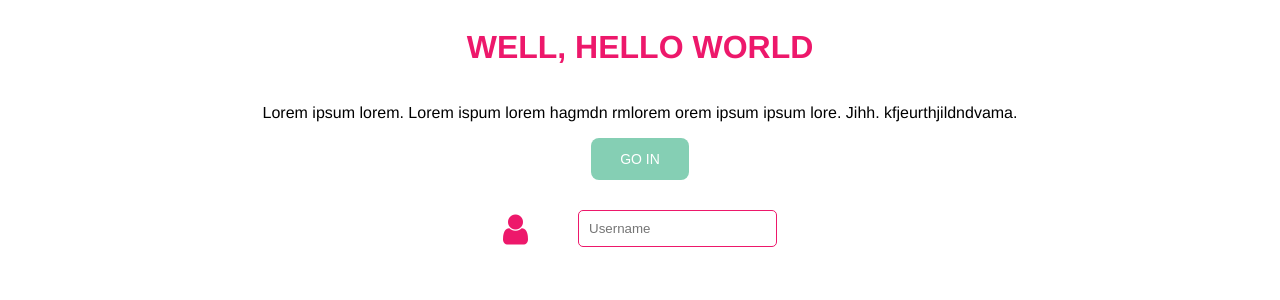
Repository: dianabit/react-app
Page: /, after clicking the first element matching `button.sc-bRKDuR`
The author's editor kept a copy of each file at every save. The page is drawn from the files as they stood at one save, then again after the next save.
The browser window is 1280 px wide. The pictures show the whole page.
Some web libraries are served in a nearby version. The project was rebuilt for these pictures with package versions that can differ from the ones it lists, and the page was loaded fresh each time. Also part of the build but not shown: webpack.config.js.

Above is the page before, as saved 2018-12-01 14:10:31.

### src/index.html
<!DOCTYPE html>
<html>
    <head>
        <meta charset="UTF-8">
        <meta name="viewport" content="width=device-width, initial-scale=1.0">
        <meta http-equiv="X-UA-Compatible" content="ie=edge">
        <link href="https://maxcdn.bootstrapcdn.com/font-awesome/4.2.0/css/font-awesome.min.css" rel="stylesheet" media="screen" />
        <title>Have a Book!</title>
    </head>
    <body>
        <div id="app"></div>
        <script src="./bundle.js"></script>
    </body>
</html>

### src/index.js
import React from 'react';
import ReactDOM from "react-dom";

import App from './containers/App/index';

ReactDOM.hydrate(<App />, document.getElementById('app'));

### src/containers/App/index.js
import React from 'react';
import Site from '../Site/index';


class App extends React.Component {
  render() {
    return <Site />;
  }
}

export default App;

### src/containers/Site/index.js
import React from 'react';
import styled from 'styled-components';
import Auth from '../Auth/index';

const MainContainer = styled.div`
    font-family: Helvetica;
`;

export class Site extends React.PureComponent {
    constructor(props) {
        super(props);
    }

  render() {

    return (
        <MainContainer>
            <Auth />
        </MainContainer>
        )
    }
}

export default Site;

### src/containers/Auth/index.js
import React from 'react';
import styled from 'styled-components';
import Button from '../../components/Button';
import Heading from '../../components/Heading';
import Paragraph from '../../components/Paragraph';
import FormInput from '../../components/Form/FormInput';

const Container = styled.div`
    display: flex;
    flex-direction: column;
    align-items: center;
    justify-content: center;
`;

class Auth extends React.Component {
    constructor(props) {
        super(props);

        this.state={
            isFormOpen: false
        }

        this.enterApp = this.enterApp.bind(this);
    }

    enterApp() {
        this.setState({isFormOpen: true});
    }

    render() {
    const { isFormOpen } = this.state;
    return(
        <Container>
            <Heading
                text="WELL, HELLO WORLD"
                fontStyle="bold"
                isLarge
            />
            <Paragraph
                text="Lorem ipsum lorem. Lorem ispum lorem hagmdn rmlorem orem ipsum ipsum lore. Jihh. kfjeurthjildndvama."
            />
            <Button
                type="submit"
                onClick={this.enterApp}
                text="GO IN"
                />
                {isFormOpen && (
                    <FormInput />
                )}
        </Container>
    )
}
}

export default Auth;

### src/components/Button/index.js
import React from 'react';
import styled from 'styled-components';

const Element = styled.button`
    background-color: ${props => props.bgColor || '#85CFB4'};
    width: 7em;
    height: 3em;
    border: none;
    border-radius: 8px;
    color: #fff;
    font-size: 14px;
    font-style: bold;

    :focus {
        outline: none;
    }

    :hover {
        background-color: #a3e6cd;
        cursor: pointer;
    }
`

function Button(props) {
    const { type, onClick, text, bgColor } = props;
    return (
        <Element
            type={type}
            onClick={onClick}
            bgColor={bgColor}
        >
            {text}
        </Element>
    )
}

export default Button;

### src/components/Heading/index.js
import React from 'react';
import styled from 'styled-components';

const LargeHeading = styled.h1`
    color: ${props => props.color || '#ED186B'};
    font-style: ${props => props.fontStyle || 'normal'};
`
const RegularHeading = styled.h3`
    color: ${props => props.color || '#ED186B'};
    font-style: ${props => props.fontStyle || 'normal'};
`
const SmallHeading = styled.h5`
    color: ${props => props.color || '#FFB312'};
    font-style: ${props => props.fontStyle || 'normal'};
`

function Heading(props) {
    const { text, isLarge, isRegular, isSmall, color, fontStyle } = props;
    return (
        <div>
            {isLarge && (
                <LargeHeading
                    color={color}
                    fontStyle={fontStyle}
                >
                    {text}
                </LargeHeading>
            )}
            {isRegular && (
                <RegularHeading
                    color={color}
                    fontStyle={fontStyle}
                >
                    {text}
                </RegularHeading>
            )}
            {isSmall && (
                <SmallHeading
                color={color}
                fontStyle={fontStyle}
                >
                    {text}
                </SmallHeading>
            )}
        </div>
    )
}

export default Heading;

### src/components/Paragraph/index.js
import React from 'react';
import styled from 'styled-components';

const Element = styled.p`
    color: ${props => props.color || '#000'};
    font-style: ${props => props.fontStyle || 'normal'};
    font-size: ${props => props.isSmall ? '12px' : '16px'};
`

function Paragraph(props) {
    const { fontStyle, color, isSmall, text } = props;
    return (
        <Element
            fontStyle={fontStyle}
            color={color}
            isSmall={isSmall}
        >
            {text}
        </Element>
    )
}

export default Paragraph;

### src/components/Form/FormInput.js
import React from 'react';
import styled from 'styled-components';
import Paragraph from '../Paragraph';

const FieldWrapper = styled.div`
  position: relative;
  display: flex;
  display: flex;
  align-items: flex-end;
  font-size: 35px;
  color: #ed186b;
`;

const Field = styled.div`
  display: flex;
  flex-direction: column;
  margin-left: 50px;
  margin-top: 30px;
`;

const Input = styled.input`
  border: 1px solid #ed186b;
  padding: 10px;
  border-radius: 5px;
`;

function FormInput(props) {
  const {onChange, onBlur} = props;
  return (
    <FieldWrapper>
      <i class="fa fa-user"/>
      <Field>
        <Input
          name="Username"
          onChange={onChange}
          onBlur={onBlur}
          placeholder="Username"
        />
      </Field>
    </FieldWrapper>
  );
}

export default FormInput;

After the next save:
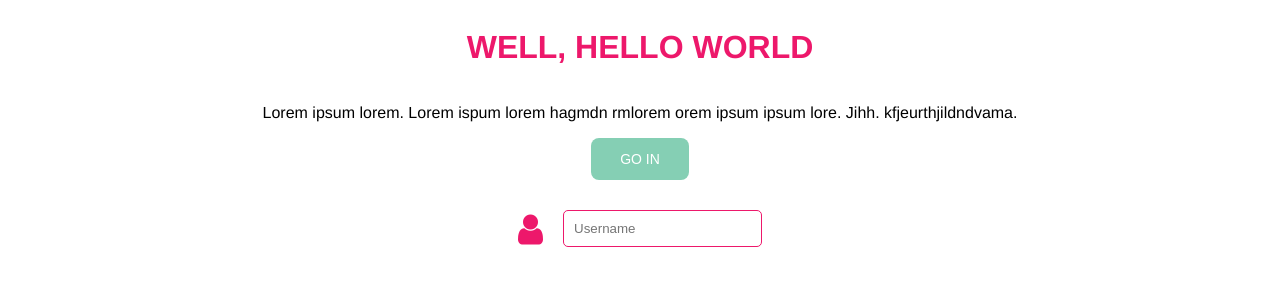
Saved 21 s later.
--- a/src/components/Form/FormInput.js
+++ b/src/components/Form/FormInput.js
@@ -14,7 +14,7 @@ const FieldWrapper = styled.div`
 const Field = styled.div`
   display: flex;
   flex-direction: column;
-  margin-left: 50px;
+  margin-left: 20px;
   margin-top: 30px;
 `;
 
